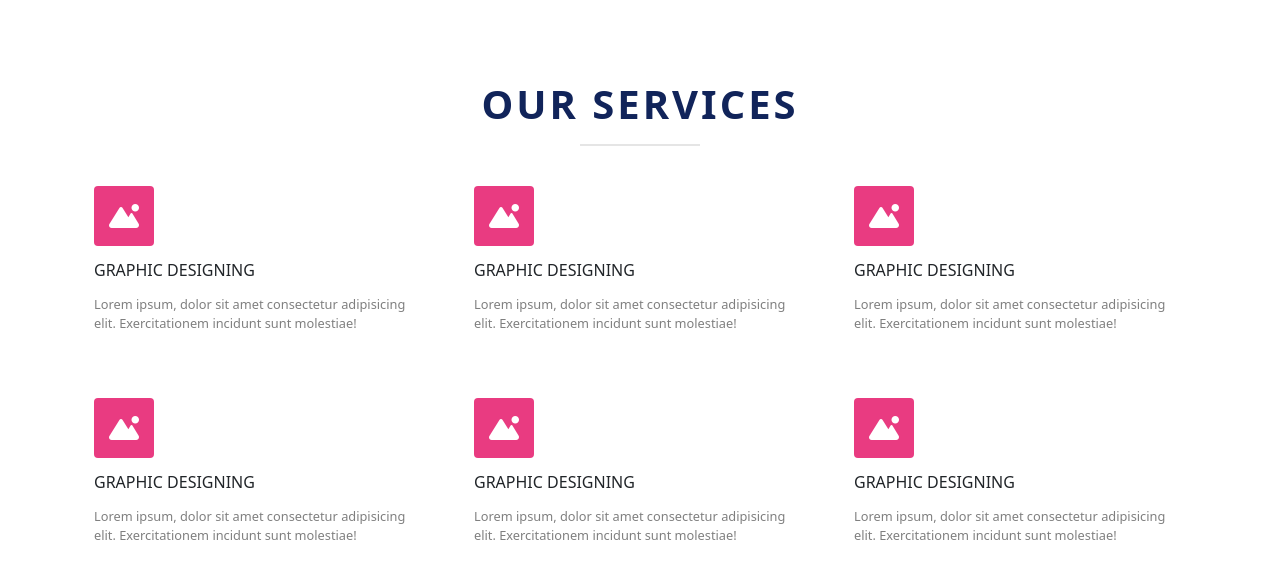
Repository: lhggiang/CaseStudy
Page: index.html
An editor plug-in stored every save of this project. The page is shown before and after the next save, followed by the edit.
The browser window is 1280 px wide. The pictures show the part of the page from y = 778 to 1363 px (the page is 1363 px tall before and 1355 px after).
Backgrounds fixed to the window are drawn as part of the page. Some web libraries are served in a nearby version. The style sheet was rebuilt from its Sass, Less or Tailwind sources for each picture, by a compiler version that may differ from the author's.

Above is the page before, as saved 2023-02-22 15:18:17.

After the next save:
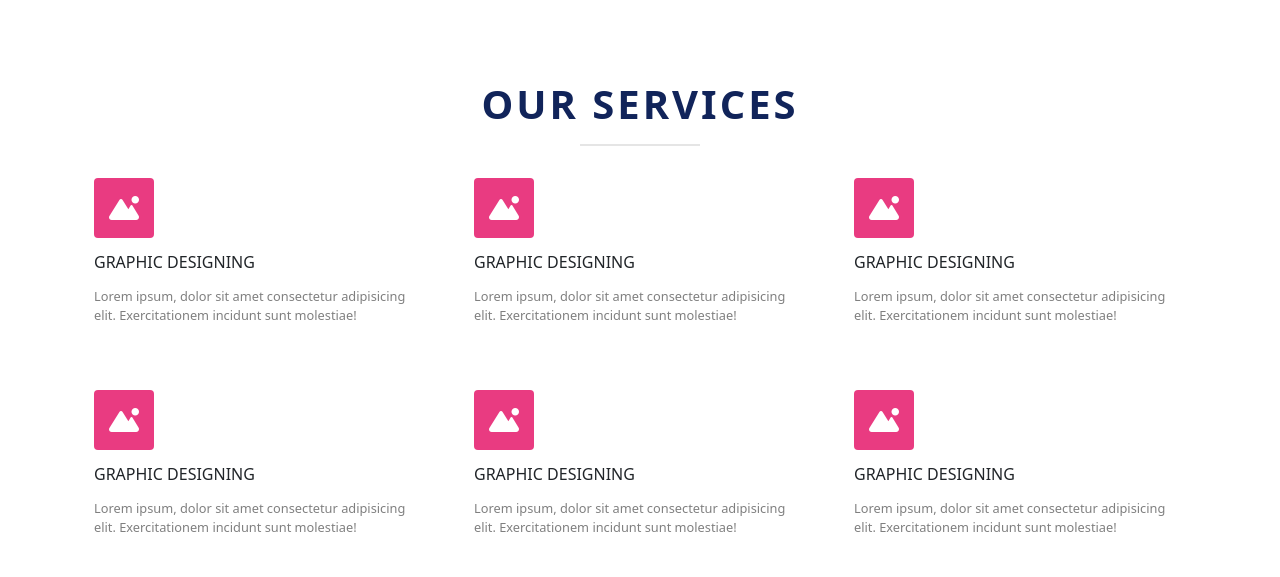
Saved 4 s later.
--- a/index.html
+++ b/index.html
@@ -73,7 +73,7 @@
                     <div class="services__line"></div>
                 </div>
             </div>
-            <div class="row mt-3">
+            <div class="row mt-2">
                 <div class="col-lg-4 col-sm-6 p-4">
                     <div class="services__icon">
                         <i class="fa-solid fa-mountain-sun"></i>
